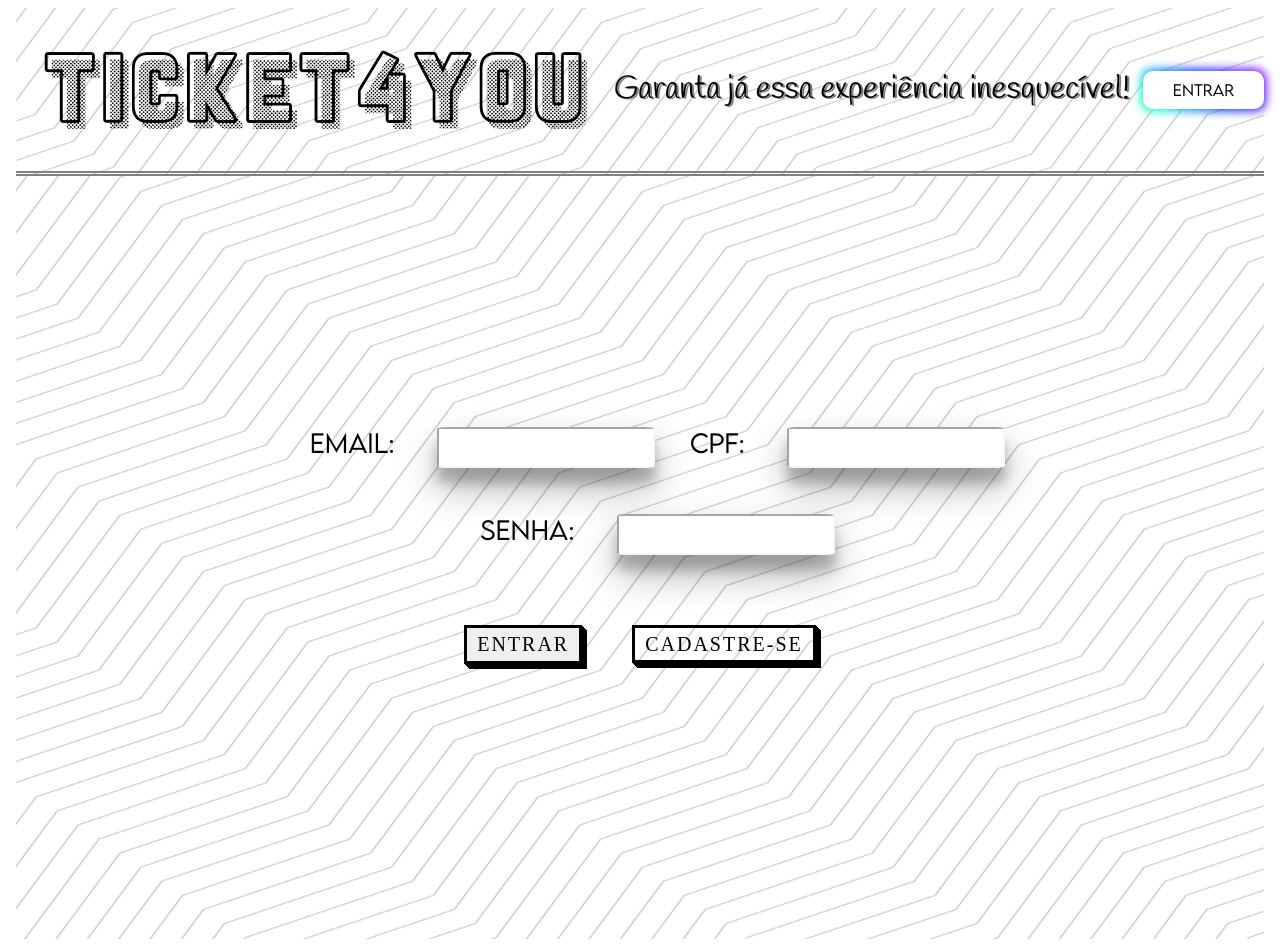
Repository: hellengurgaczz/projeto-DSA
Page: /
These files come from the project's save history. The page is drawn as it stood at one moment and after the next save; the edit follows.
The browser window is 1280 px wide. The pictures show the whole page.
The project was rebuilt for these pictures with package versions that can differ from the ones it lists, and the page was loaded fresh each time. Also part of the build but not shown: angular.json, src/app/ingressos/templates/cadastrar/cadastrar.component.ts, src/app/models/ingresso.model.ts, src/app/services/ingresso.service.ts, src/app/compra/comprar-ingresso/comprar-ingresso.component.ts, src/app/models/compra.model.ts, src/app/services/compra.service.ts, src/app/ingressos/templates/deletar/deletar.component.ts and 3 more.

Above is the page before, as saved 2022-05-30 14:29:10.

### src/index.html
<!doctype html>
<html lang="en">
<head>
  <meta charset="utf-8">
  <title>ProjetoDSA</title>
  <base href="/">
  <meta name="viewport" content="width=device-width, initial-scale=1">
  <link rel="icon" type="image/x-icon" href="favicon.ico">
</head>
<body>
  <app-root></app-root>
</body>
</html>

### src/app/app.module.ts
import { NgModule } from '@angular/core';
import { BrowserModule } from '@angular/platform-browser';
import { HttpClientModule } from '@angular/common/http';

import { AppRoutingModule } from './app-routing.module';
import { BrowserAnimationsModule } from '@angular/platform-browser/animations';
import { AppComponent } from './app.component';
import { HeaderComponent } from './ingressos/templates/header/header.component';
import { CadastrarComponent } from './ingressos/templates/cadastrar/cadastrar.component';
import { ListarComponent } from './ingressos/templates/listar/listar.component';
import { DeletarComponent } from './ingressos/templates/deletar/deletar.component';
import { EditarComponent } from './ingressos/templates/editar/editar.component';

// imports angular material

import { FormsModule } from '@angular/forms';
import { ComprarIngressoComponent } from './compra/comprar-ingresso/comprar-ingresso.component';
import { LoginComponent } from './login/login.component';
import { LoginCadastroComponent } from './login/login-cadastro/login-cadastro.component';


@NgModule({
  imports: [
    BrowserModule,
    AppRoutingModule,
    HttpClientModule,
    BrowserAnimationsModule,
    FormsModule
  ],
  declarations: [
    AppComponent,
    HeaderComponent,
    CadastrarComponent,
    ListarComponent,
    DeletarComponent,
    EditarComponent,
    ComprarIngressoComponent,
    LoginComponent,
    LoginCadastroComponent
  ],
  providers: [],
  bootstrap: [AppComponent]
})
export class AppModule { }

### src/app/app-routing.module.ts
import { NgModule } from '@angular/core';
import { RouterModule, Routes } from '@angular/router';
import { CadastrarComponent } from './ingressos/templates/cadastrar/cadastrar.component';
import { ComprarIngressoComponent } from './compra/comprar-ingresso/comprar-ingresso.component';
import { DeletarComponent } from './ingressos/templates/deletar/deletar.component';
import { EditarComponent } from './ingressos/templates/editar/editar.component';
import { ListarComponent } from './ingressos/templates/listar/listar.component';
import { LoginComponent } from './login/login.component';
import { LoginCadastroComponent } from './login/login-cadastro/login-cadastro.component';

const routes: Routes = [
  {path: "", component: LoginComponent},
  {path: "cadastrar", component: CadastrarComponent},
  {path: "listar", component: ListarComponent},
  {path: "editar/:id", component: EditarComponent},
  {path: "deletar/:id", component: DeletarComponent},
  {path: "comprar/:id", component: ComprarIngressoComponent},
  {path: "login", component: LoginComponent},
  {path: "login/cadastro", component: LoginCadastroComponent}
];

@NgModule({
  imports: [RouterModule.forRoot(routes)],
  exports: [RouterModule]
})

export class AppRoutingModule { }

### src/app/app.component.ts
import { Component } from '@angular/core';

@Component({
  selector: 'app-root',
  templateUrl: './app.component.html',
  styleUrls: ['./app.component.css']
})
export class AppComponent {
  title = 'projeto-DSA';
}

### src/app/login/login.component.ts
import { Component, OnInit } from '@angular/core';
import { ActivatedRoute, Router } from '@angular/router';
import { Login } from '../models/login.model';
import { LoginService } from '../services/login.service';

@Component({
  selector: 'app-login',
  templateUrl: './login.component.html',
  styleUrls: ['./login.component.css']
})
export class LoginComponent implements OnInit {

  login: Login = new Login();

  constructor(private loginService: LoginService, private router: Router, private route: ActivatedRoute) { }

  ngOnInit(): void {

  }

  verificarLogin() {
    this.loginService.verificarLogin();

    if(this.login && this.login.senha === this.login.senha) {
      this.router.navigate(['/listar']);
    }
  }

}

### src/app/app.component.html
<body>
  <app-header></app-header>

  <main>

    <router-outlet></router-outlet>

  </main>
</body>

### src/app/app.component.css
body {
    background-color: rgba(146, 132, 132, 0.151);
}

### src/app/ingressos/templates/header/header.component.html

<div class="header">
    <div class="titulo">
        <h1 style="font-weight: lighter;">
            TICKET4YOU
        </h1>
        <h4 class="desc">
           Garanta já essa experiência inesquecível!
        </h4>
    </div>
    <div class="login">
        <a routerLink="./login">Entrar</a>
    </div>
</div>

### src/app/ingressos/templates/header/header.component.css
.header {
    display: flex;
    flex-direction: column end;
    background-image: url(../fonts/SL_042620_30310_10.jpg);
    background-size: cover;
    border-bottom: 5px double grey;
}

.titulo {
    display: flex;
    width: 95%;
    align-items: center;
    justify-content: center;
    flex-direction: column end;
    font-size: 25px;
    font-family:AMP;
    margin-left: 15px;
}

.desc{
  font-family: Sacramento;
  font-size: 32px;
  font-weight: normal;
  margin-left: 25px;
  text-shadow: 2px 1px grey;
}

.login {
    display: flex;
    flex-direction: column;
    justify-content: center;
    align-items: center;
}

a{
  padding: 0.6em 2em;
  border: none;
  text-decoration: none;
  font-family: LEMONMILK-Light;
  font-size: 15px;
  outline: none;
  color: rgb(0, 0, 0);
  background: rgb(255, 255, 255);
  cursor: pointer;
  position: relative;
  z-index: 0;
  border-radius: 10px;
  user-select: none;
  -webkit-user-select: none;
  touch-action: manipulation;
}

a::before{
  content: "";
  background: linear-gradient(
    45deg,
    #ff0000,
    #ff7300,
    #fffb00,
    #48ff00,
    #00ffd5,
    #002bff,
    #7a00ff,
    #ff00c8,
    #ff0000
  );
  position: absolute;
  top: -2px;
  left: -2px;
  background-size: 400%;
  z-index: -1;
  filter: blur(5px);
  -webkit-filter: blur(5px);
  width: calc(100% + 4px);
  height: calc(100% + 4px);
  animation: glowing-button-85 20s linear infinite;
  transition: opacity 0.3s ease-in-out;
  border-radius: 10px;
}

a::after{
  z-index: -1;
  content: "";
  position: absolute;
  width: 100%;
  height: 100%;
  background: rgb(255, 255, 255);
  left: 0;
  top: 0;
  border-radius: 10px;
}

@font-face{
  font-family: AMP;
  src:url(../fonts/AMP.ttf)
}

@font-face{
  font-family: LEMONMILK-Light;
  src: url(../fonts/LEMONMILK-Light.otf);
}

@font-face{
  font-family: Sacramento;
  src: url(../fonts/Handlee-Regular.ttf);
}

@keyframes glowing-button-85 {
  0% {
    background-position: 0 0;
  }
  50% {
    background-position: 400% 0;
  }
  100% {
    background-position: 0 0;
  }
}

### src/app/models/login.model.ts
export class Login {
    id: number = 0;
    email?: string;
    senha?: string;
    cpf?: string;
}

### src/app/services/login.service.ts
import { HttpClient } from '@angular/common/http';
import { Injectable } from '@angular/core';
import { ActivatedRoute, Router } from '@angular/router';
import { Observable } from 'rxjs';
import { Login } from '../models/login.model';

@Injectable({
  providedIn: 'root'
})
export class LoginService {

  login: Login = new Login();

  constructor(private http: HttpClient, private router: Router, private route: ActivatedRoute) { }

  URL = "http://localhost:3001/logins";

    buscarLogin(email : String) : Observable<Login>{
      return this.http.get<Login>(this.URL + "/");
    }

    cadastrarLogin(login : Login) : Observable<any> {
      console.log(login)
      return this.http.post(this.URL, login);
    }

    verificarLogin() {
      const email = this.route.snapshot.paramMap.get("email");
      this.buscarLogin(String(email)).subscribe((login) =>{
        this.login = login;
        return login;
      });
    }
}

### src/app/login/login.component.html
<div class="all">
    <label class="email" for="email">Email: </label>
    <input type="text"  name="email" [(ngModel)]="login.email">

    <label class="cpf" for="cpf">CPF: </label>
    <input type="text"  name="cpf" [(ngModel)]="login.cpf">

    <label class="senha" for="senha">Senha: </label>
    <input type="password"  name="email"[(ngModel)]="login.senha">

    <div>
        <button (click)="verificarLogin()">Entrar</button>
        <a routerLink="../login/cadastro">Cadastre-se</a>
    </div>
</div>

### src/app/login/login.component.css
.all{
  font-family: LEMONMILK-Light;
  font-size: 25px;
  text-align: center;
  padding: 250px;
  background-image: url(../login/fonts/SL_042620_30310_10.jpg);
  background-size: cover;
}

input{
  padding: 10px;
  border-radius: 5%;
  box-shadow: rgba(0, 0, 0, 0.3) 0px 19px 38px, rgba(0, 0, 0, 0.22) 0px 15px 12px;
  border-color: aliceblue;
  font-family: LEMONMILK-Light;
  margin-bottom: 45px;
}

.email, .senha, .cpf{
  margin: 35px;
}


button{
  font-family: LEMONMILKLight;
  font-size: 20px;
  letter-spacing: 2px;
  text-decoration: none;
  text-transform: uppercase;
  color: #000;
  cursor: pointer;
  border: 3px solid;
  padding: 0.25em 0.5em;
  box-shadow: 1px 1px 0px 0px, 2px 2px 0px 0px, 3px 3px 0px 0px, 4px 4px 0px 0px, 5px 5px 0px 0px;
  position: relative;
  user-select: none;
  -webkit-user-select: none;
  touch-action: manipulation;
  margin: 25px;
}

button:active{
  box-shadow: 0px 0px 0px 0px;
  top: 5px;
  left: 5px;
}

a{
  font-family: LEMONMILKLight;
  font-size: 20px;
  letter-spacing: 2px;
  text-decoration: none;
  text-transform: uppercase;
  color: black;
  cursor: pointer;
  border: 3px solid;
  padding: 0.25em 0.5em;
  box-shadow: 1px 1px 0px 0px, 2px 2px 0px 0px, 3px 3px 0px 0px, 4px 4px 0px 0px, 5px 5px 0px 0px;
  position: relative;
  user-select: none;
  -webkit-user-select: none;
  touch-action: manipulation;
  margin: 25px;
}

a:active{
  box-shadow: 0px 0px 0px 0px;
  top: 5px;
  left: 5px;
}

Loaded but not shown: src/styles.css (common file); src/main.ts (common file); src/environments/environment.ts (common file); src/app/ingressos/templates/header/header.component.ts (common file)

After the next save:
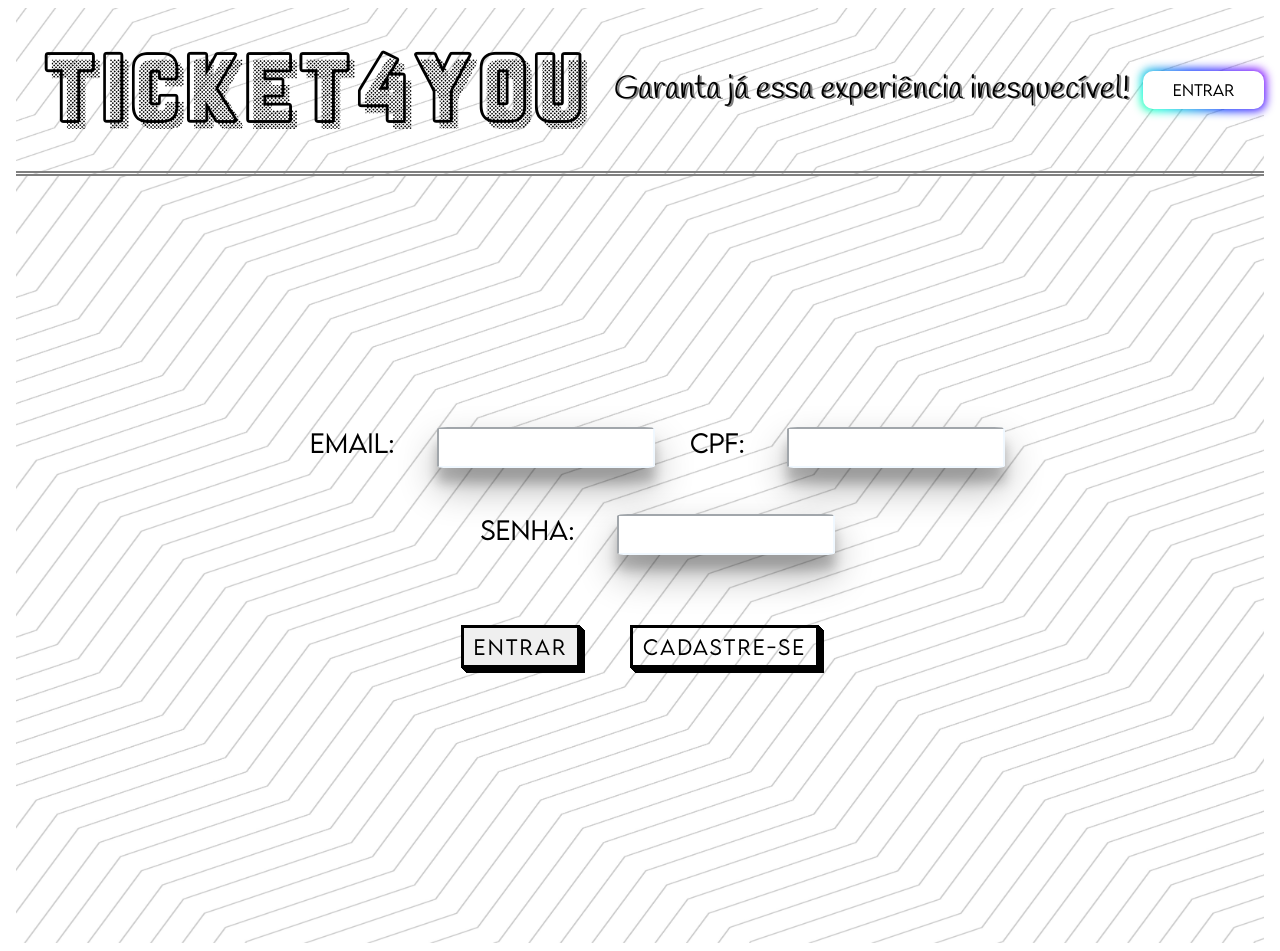
Saved 21 s later.
--- a/src/app/login/login.component.css
+++ b/src/app/login/login.component.css
@@ -1,5 +1,5 @@
 .all{
-  font-family: LEMONMILK-Light;
+  font-family: LEMONMILKLight;
   font-size: 25px;
   text-align: center;
   padding: 250px;
@@ -12,7 +12,7 @@
   border-radius: 5%;
   box-shadow: rgba(0, 0, 0, 0.3) 0px 19px 38px, rgba(0, 0, 0, 0.22) 0px 15px 12px;
   border-color: aliceblue;
-  font-family: LEMONMILK-Light;
+  font-family: LEMONMILKLight;
   margin-bottom: 45px;
 }
 
@@ -68,3 +68,8 @@
   top: 5px;
   left: 5px;
 }
+
+@font-face{
+  font-family: LEMONMILKLight;
+  src: url(fonts/LEMONMILK-Light.otf);
+}
